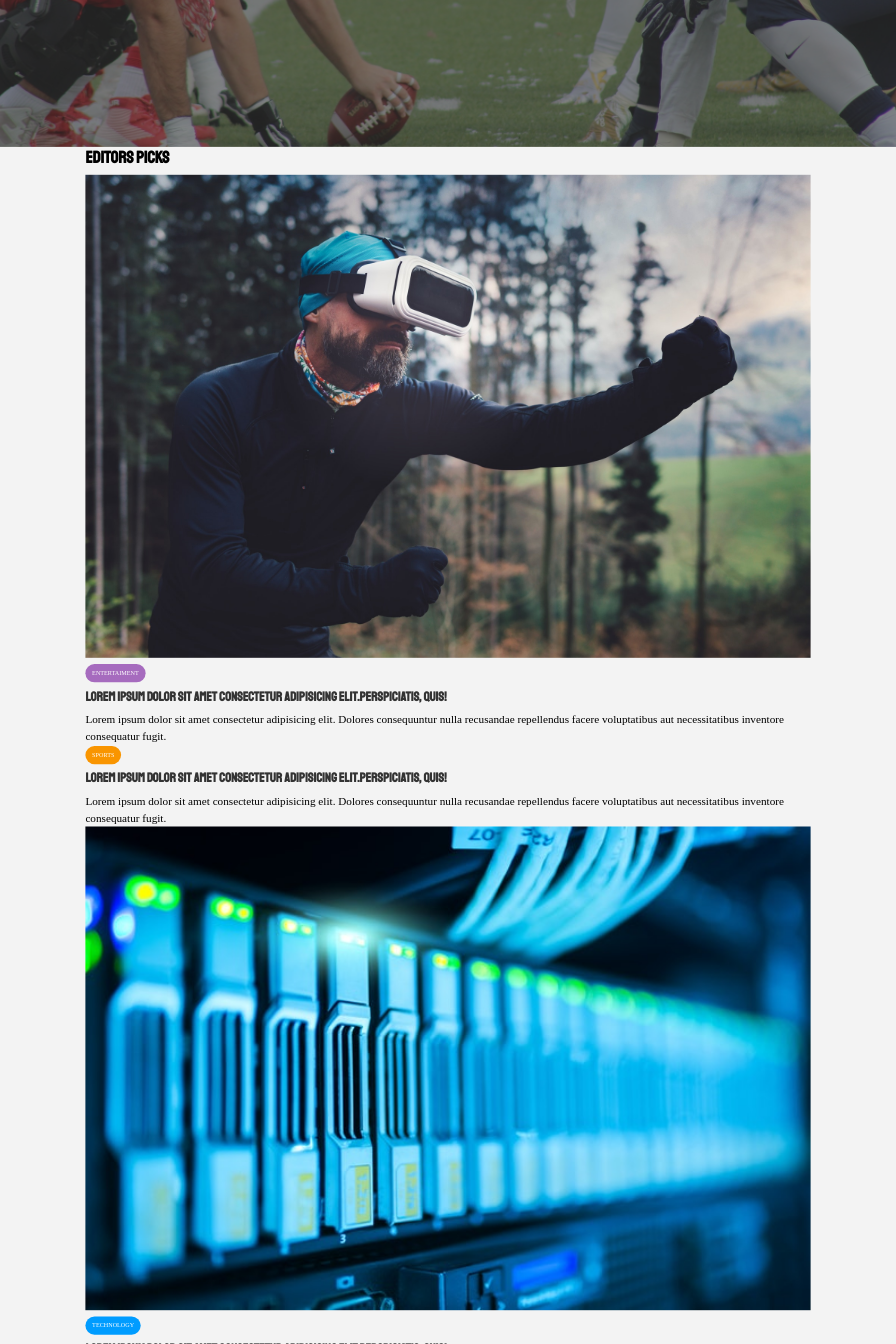
Repository: minhtien9/newsgrid
Page: index.html
These files come from the project's save history. The page is drawn as it stood at one moment and after the next save; the edit follows.
The browser window is 1280 px wide. The pictures show the part of the page from y = 504 to 2424 px (the page is 5057 px tall before and 5175 px after), at 70% of full size.
Some web libraries are served in a nearby version.

Above is the page before, as saved 2021-08-25 21:30:10.

After the next save:
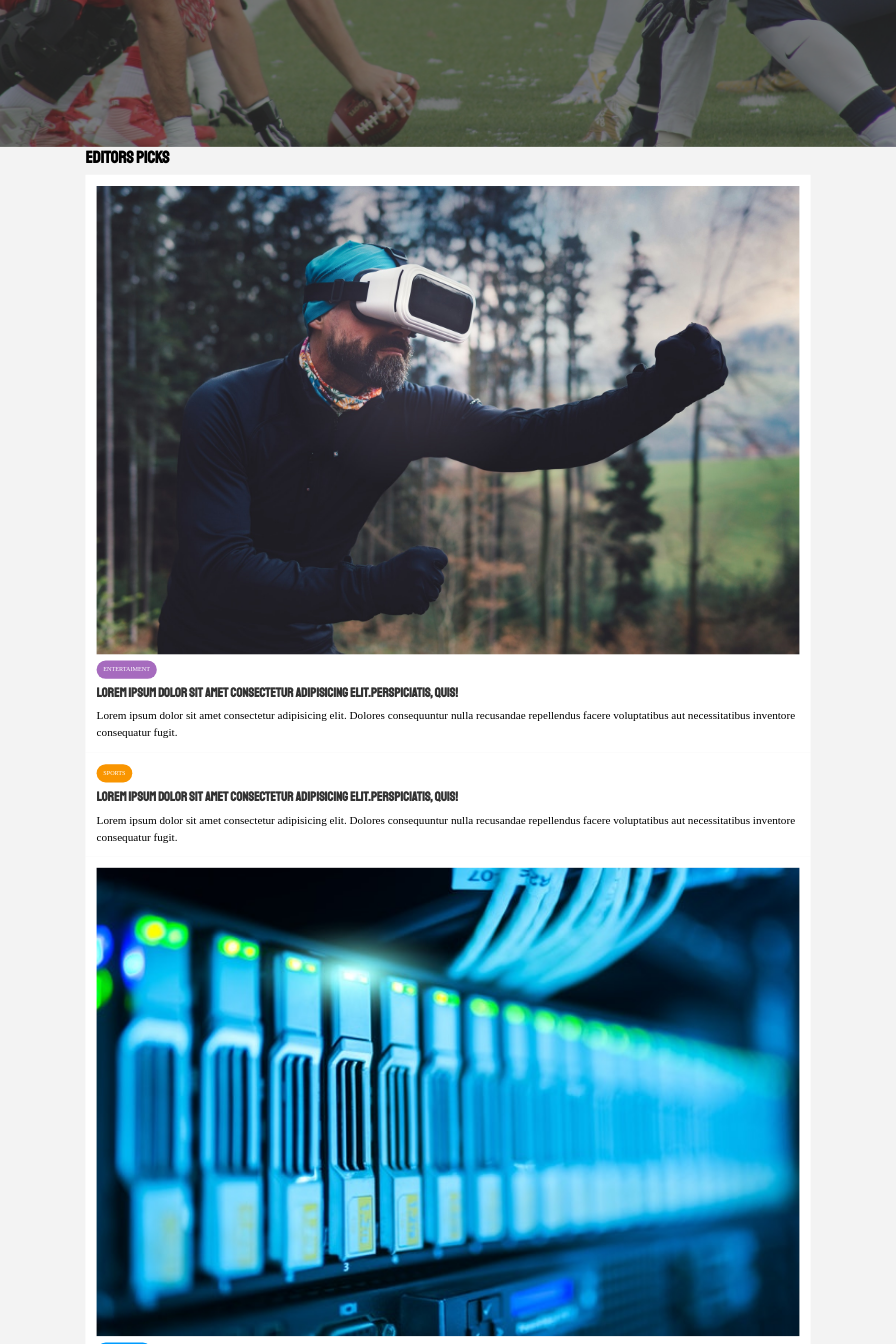
Saved 60 s later.
--- a/css/style.css
+++ b/css/style.css
@@ -88,6 +88,15 @@ h6 {
     padding: 0.5rem;
 }
 
+.btn:hover {
+    opacity: 0.9;
+}
+
+.card {
+    background: #fff;
+    padding: 1rem;
+}
+
 
 /* Navigation */
 
